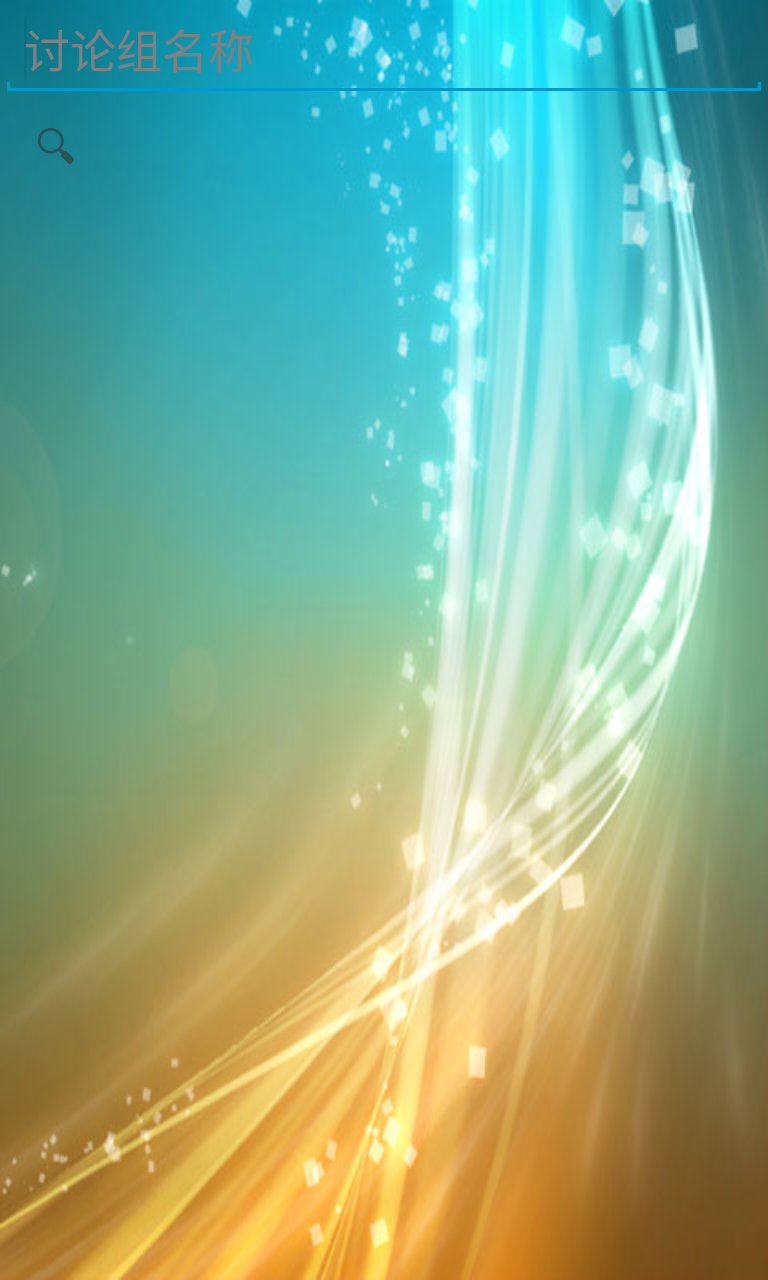
Repository: aojue/HappyAA
Layout: HappyAA/res/layout/creat_tell.xml
These files come from the project's save history. The layout is drawn as it stood at one moment and after the next save; the edit follows.
It is drawn on a 768 x 1280 px phone screen (xhdpi) without system bars, with theme AppTheme; the app's code is not run. Lists and similar views that code fills are empty.

Above is the layout before, as saved 2014-10-26 02:51:48.

After the next save:
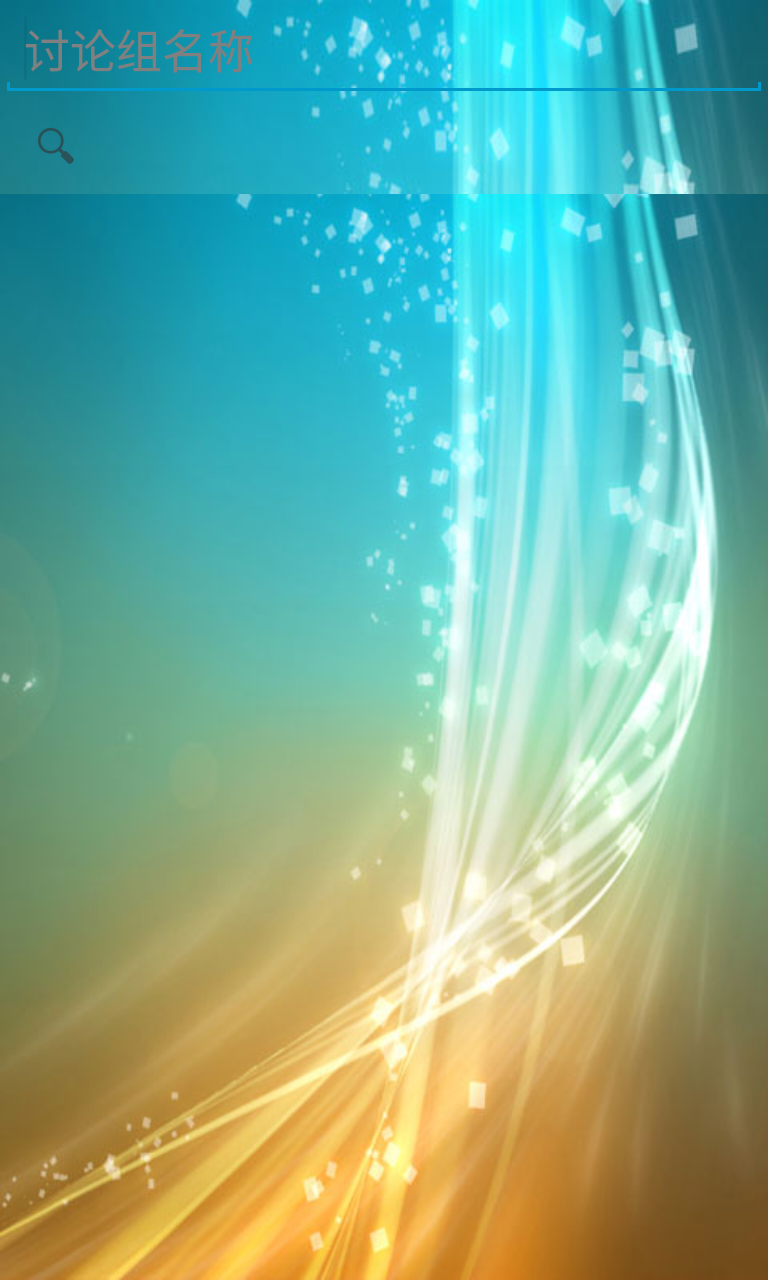
Saved 75 s later.
--- a/HappyAA/res/layout/creat_tell.xml
+++ b/HappyAA/res/layout/creat_tell.xml
@@ -35,7 +35,8 @@
                 android:layout_weight="1"
                 android:cacheColorHint="#00000000"
         		android:dividerHeight="0dp"
-        		android:focusableInTouchMode="true"  >
+        		android:focusableInTouchMode="true"
+        		android:background="@drawable/ic_lb_a">
             </ListView>
 
     </LinearLayout>
